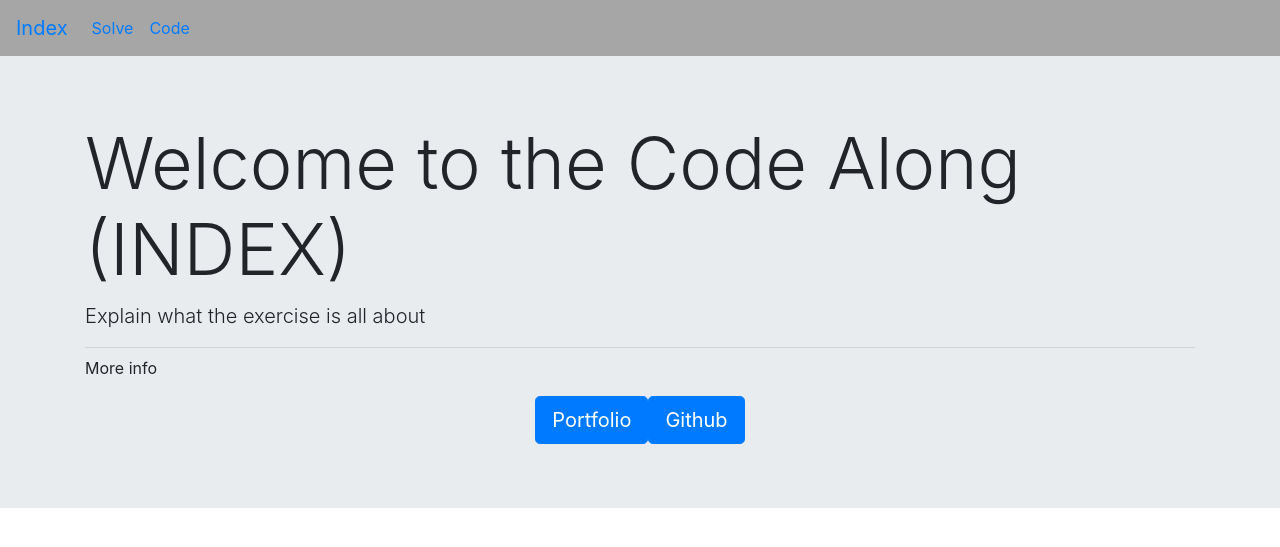
Repository: zhadjah9559/TacocatGrammar
Page: index.html
An editor plug-in stored every save of this project. The page is shown before and after the next save, followed by the edit.
The browser window is 1280 px wide. The pictures show the whole page.

Above is the page before, as saved 2021-01-12 01:18:21.

After the next save:
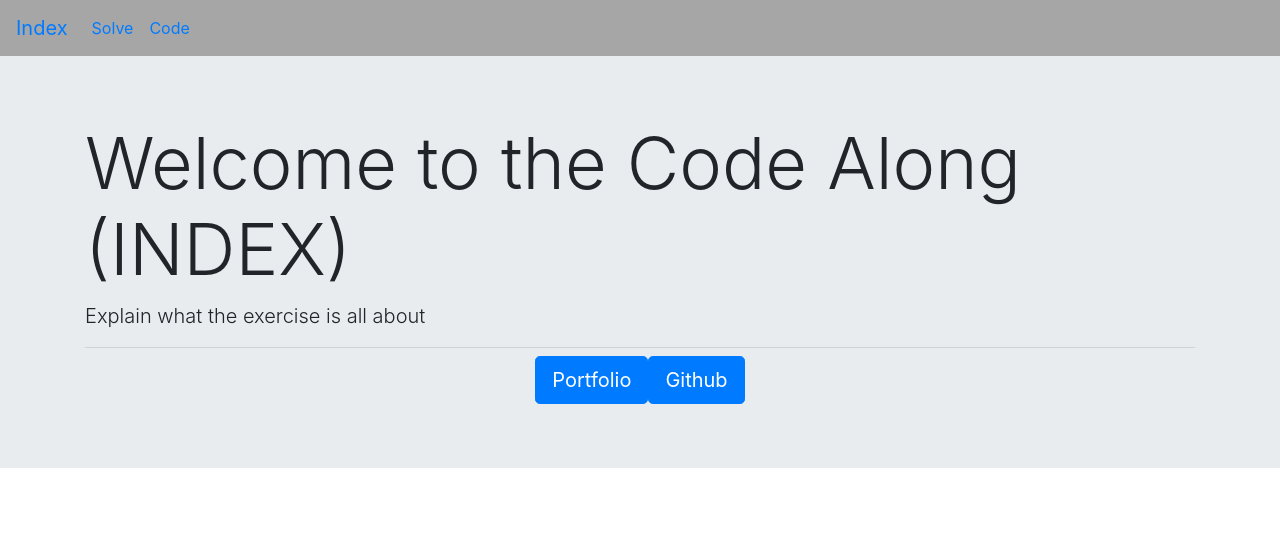
Saved 4 s later.
--- a/index.html
+++ b/index.html
@@ -33,7 +33,6 @@
             <h1 class="display-3">Welcome to the Code Along (INDEX)</h1>
             <p class="lead">Explain what the exercise is all about</p>
             <hr class="my-2">
-            <p>More info</p>
 
 
             <div class="row justify-content-center">
